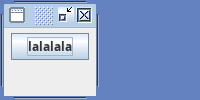
Repository: raul-villalva/laboratorio_2013
Program's window: java Practica4/src/Ventana/Ventana.java
These files come from the project's save history. The program's window is drawn as it stood at one moment and after the next save; the edit follows.
It runs on Java 21 on a 1366 x 768 screen with the Metal look.

Above is the program's window before, as saved 2013-09-26 17:29:59.

### Practica4/src/Ventana/Ventana.java
package Ventana;

import java.awt.BorderLayout;

import javax.swing.JButton;
import javax.swing.JFrame;
import javax.swing.JPanel;

public class Ventana extends JFrame {

	/**
	 *
	 */
	private static final long serialVersionUID = 1L;


	public Ventana(){

		setSize(100,100);

		JPanel panel= new JPanel();
		JButton boton = new JButton("lalalala");
	    panel.add(boton);

		add(panel,BorderLayout.CENTER);

	}


	public static void main(String[] args) {
	    Ventana ven = new Ventana();
	    ven.setVisible(true);
	}

}

After the next save:
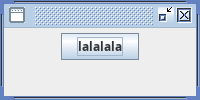
Saved 20 s later.
--- a/Practica4/src/Ventana/Ventana.java
+++ b/Practica4/src/Ventana/Ventana.java
@@ -16,7 +16,7 @@
 
 	public Ventana(){
 
-		setSize(100,100);
+		setSize(200,100);
 
 		JPanel panel= new JPanel();
 		JButton boton = new JButton("lalalala");
